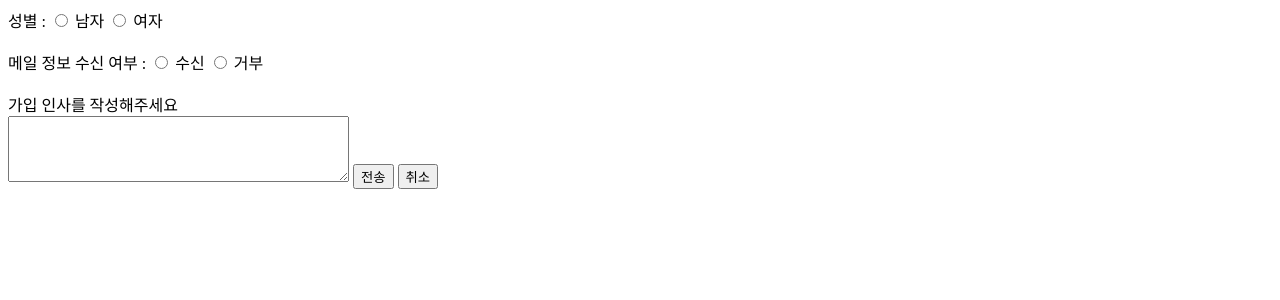
Repository: minimelody/servlet
Page: webworkspace2/web1/WebContent/views/ex1/radio.html
The author's editor kept a copy of each file at every save. The page is drawn from the files as they stood at one save, then again after the next save.
The browser window is 1280 px wide. The pictures show the whole page.

Above is the page before, as saved 2018-05-17 08:34:22.

After the next save:
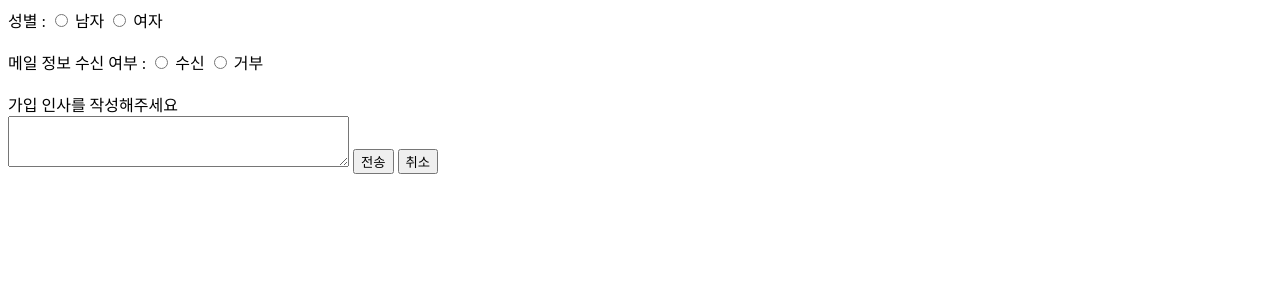
Saved 4 s later.
--- a/webworkspace2/web1/WebContent/views/ex1/radio.html
+++ b/webworkspace2/web1/WebContent/views/ex1/radio.html
@@ -15,7 +15,7 @@
 		<input type="radio" name="mail" value="no"> 거부
 		<br><br>
 		가입 인사를 작성해주세요<br>
-		<textarea cols="40" rows="4"></textarea>
+		<textarea cols="40" rows="3"></textarea>
 		<input type="submit" value="전송">
 		<input type="reset" value="취소">
 	</form>
